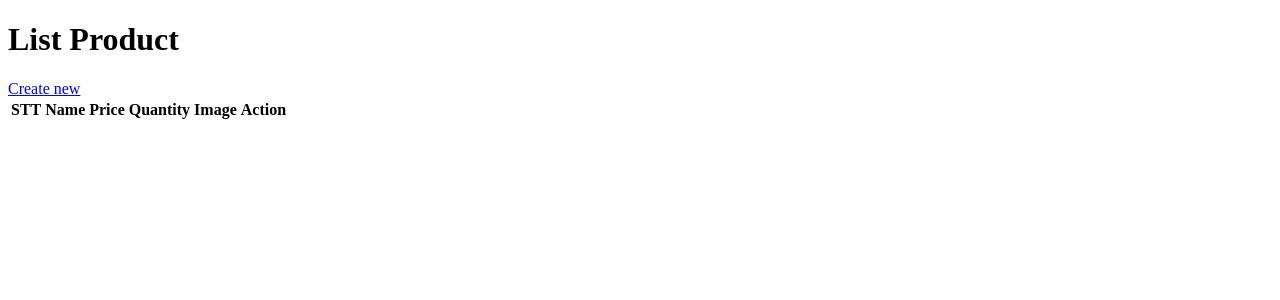
Repository: hongquan16101995/servlet-jw0124
Page: http://localhost/demo/products
These files come from the project's save history. The page is drawn as it stood at one moment and after the next save; the edit follows.
The browser window is 1280 px wide. The pictures show the whole page.
The page is served by Tomcat 9.

Above is the page before, as saved 2024-05-09 13:42:45.

After the next save:
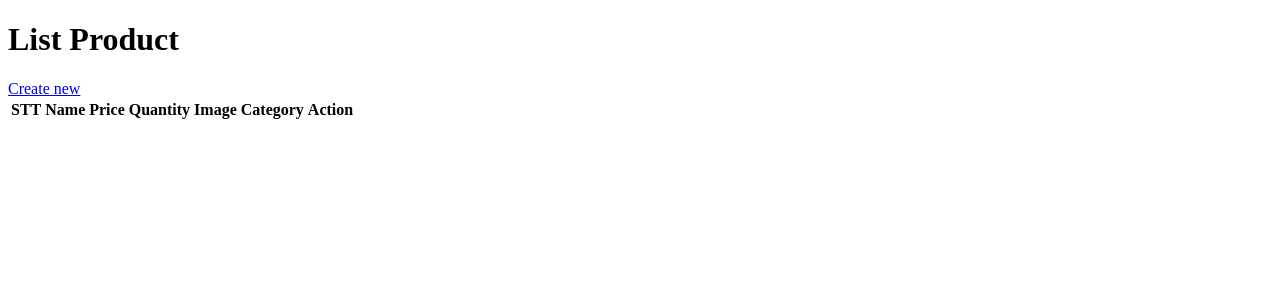
Saved 56 s later.
--- a/demo/src/main/webapp/product/list.jsp
+++ b/demo/src/main/webapp/product/list.jsp
@@ -23,6 +23,7 @@
 		<th>Price</th>
 		<th>Quantity</th>
 		<th>Image</th>
+		<th>Category</th>
 		<th colspan="2">Action</th>
 	</tr>
 	<c:forEach items="${products}" var="p" varStatus="ps">
@@ -32,6 +33,7 @@
 		<td>${p.price }</td>
 		<td>${p.quantity }</td>
 		<td><img src="${p.image }"/></td>
+		<td><a href="/demo/products?action=findByCategory&cId=${p.category.id }">${p.category.name }</a></td>
 		<td><a href="/demo/products?action=updateGet&id=${p.id }"><button>Edit</button></a></td>
 		<td><a href="/demo/products?action=deleteProduct&id=${p.id }"><button>Delete</button></a></td>
 	</tr>
